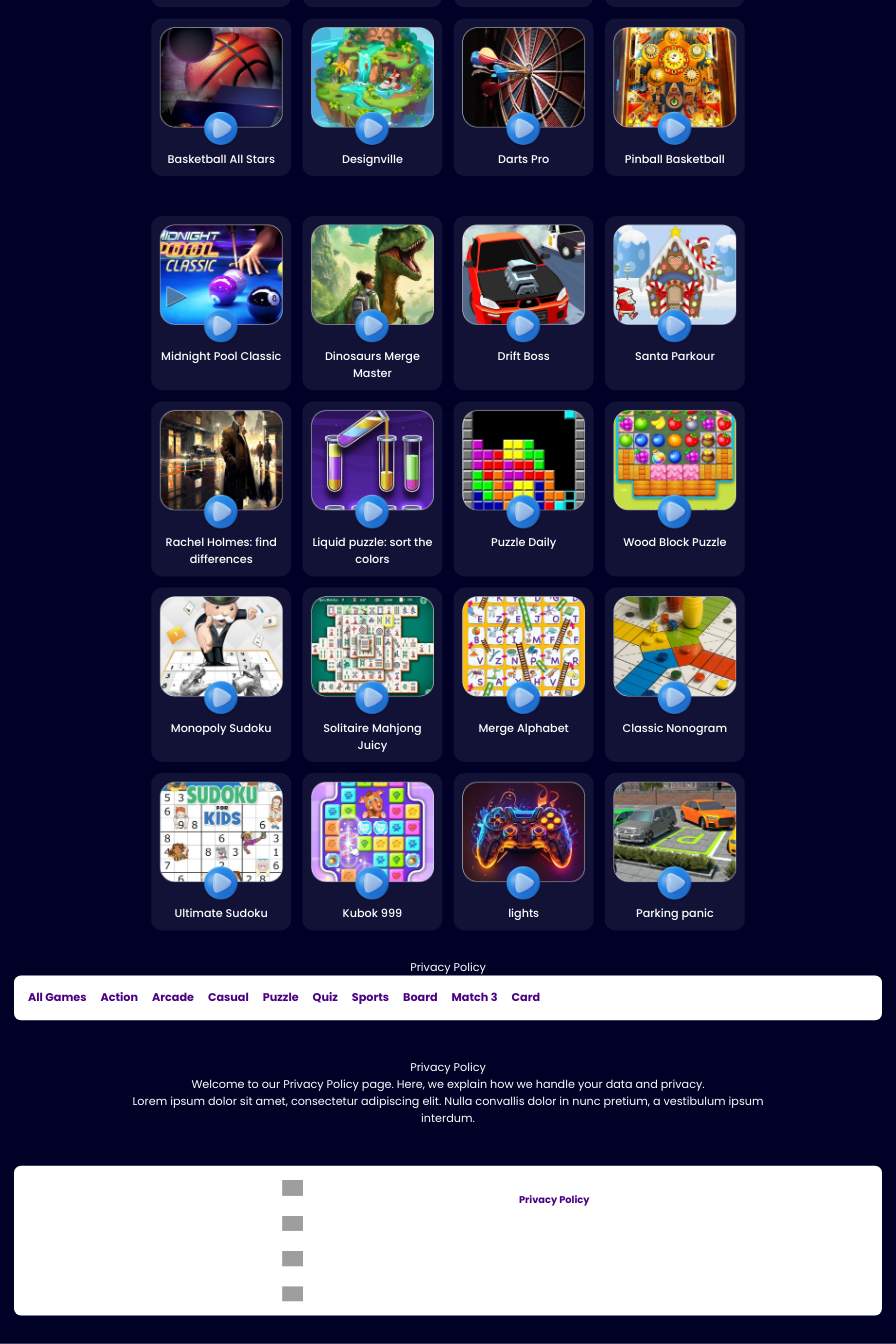
Repository: meenadabhii/jpygames.com
Page: http://localhost/
The author's editor kept a copy of each file at every save. The page is drawn from the files as they stood at one save, then again after a run of saves.
The browser window is 1280 px wide. The pictures show the part of the page from y = 2558 to 4478 px (the page is 4478 px tall before and 4458 px after), at 70% of full size.
Pictures or frames that could not be fetched are drawn as grey boxes. Some web libraries are served in a nearby version. The page is served by the project's Node server (app.js).

Above is the page before, as saved 2025-02-08 10:17:20.
Console error: ReferenceError: googletag is not defined

After the next 4 saves:
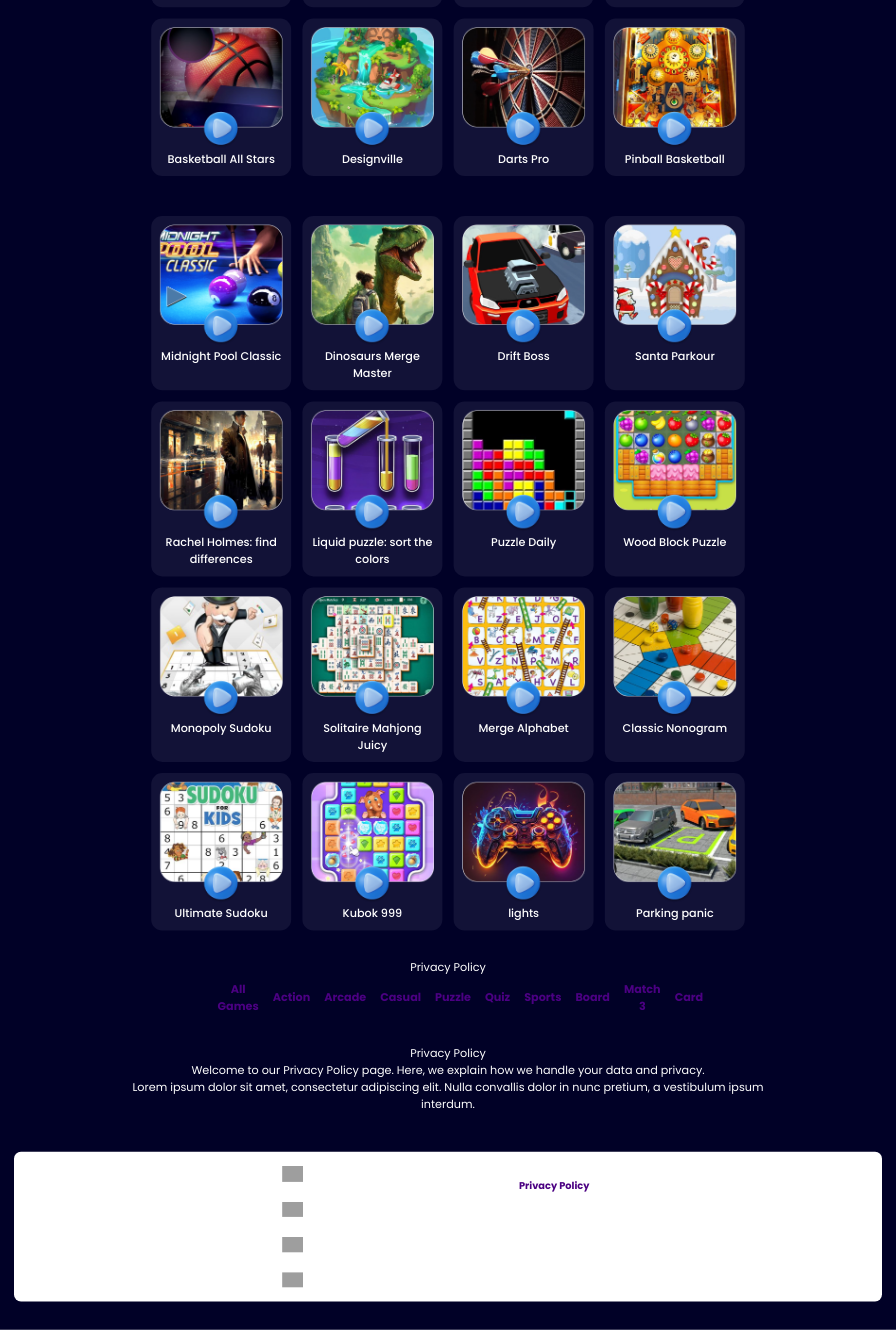
The 4 saves are shown as one change because they came seconds apart.
The last was saved 17 s later.
--- a/nodejs/views/footer.ejs
+++ b/nodejs/views/footer.ejs
@@ -26,12 +26,11 @@
             padding: 20px;
         }
         .navbar {
-            background: white;
-            padding: 10px;
-            border-radius: 10px;
-            margin-bottom: 20px;
-            align-items:center
-            width :56%
+            display: flex;
+    align-items: center;
+    padding: var(--navbar-padding, .5rem);
+    min-height: 4rem;
+    width: 56%;
 
         }
         .navbar a {
